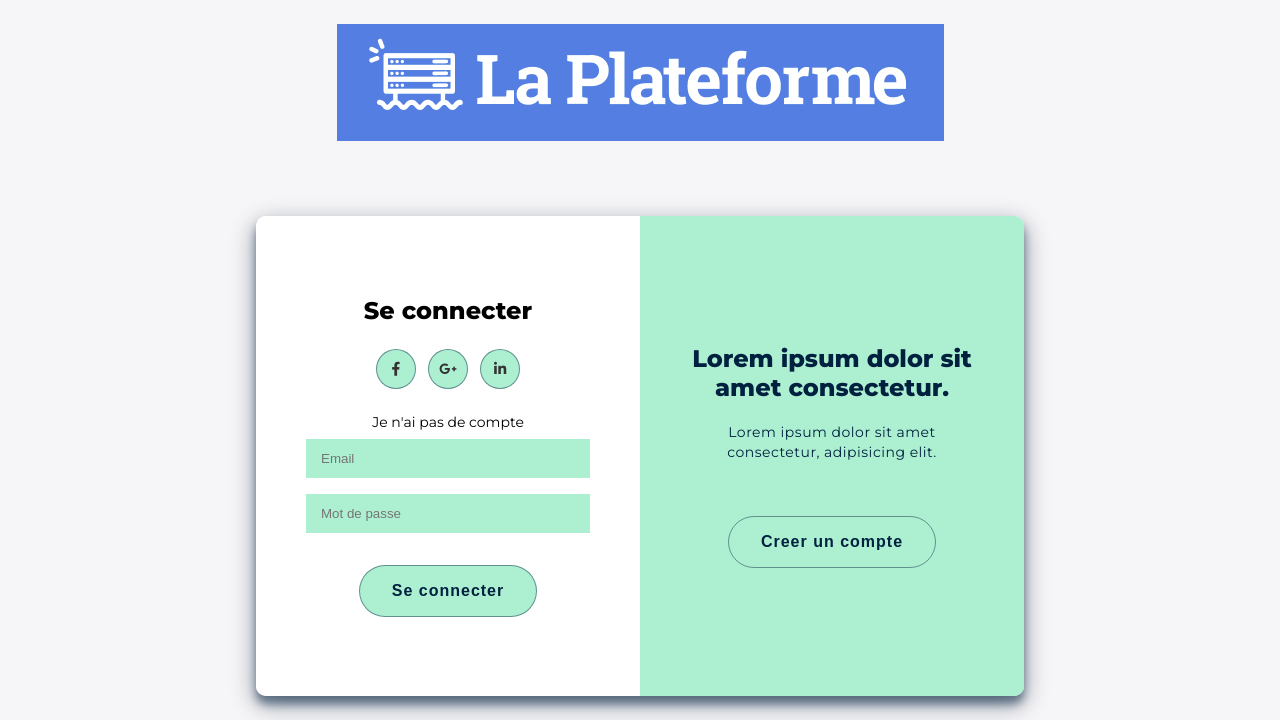
Repository: karim-sebih/runtrackJs
Page: bigjob/index.html
The author's editor kept a copy of each file at every save. The page is drawn from the files as they stood at one save, then again after a run of saves.
The browser window is 1280 px wide. The pictures show the whole page.
Some web libraries are served in a nearby version.

Above is the page before, as saved 2025-03-20 11:53:52.
Console error: TypeError: Cannot read properties of null (reading 'addEventListener')

After the next 4 saves:
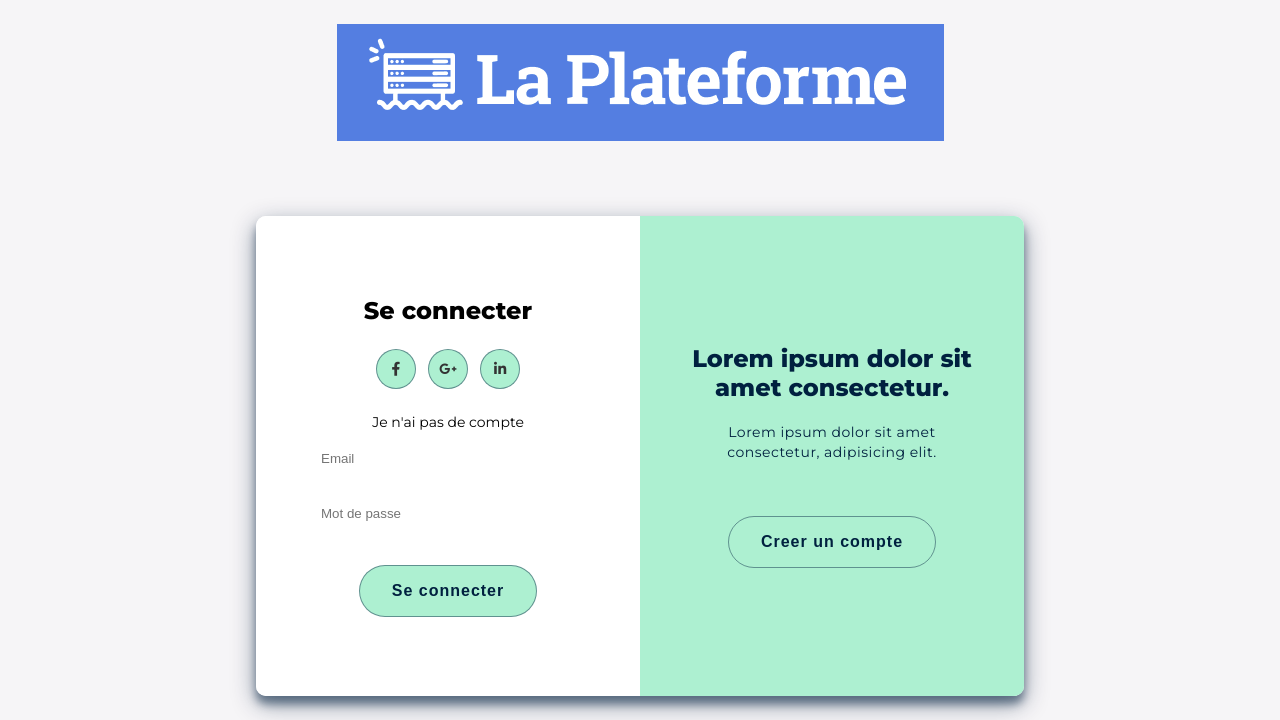
The 4 saves are shown as one change because they came seconds apart.
The last was saved 15 s later.
--- a/bigjob/css/index.css
+++ b/bigjob/css/index.css
@@ -91,7 +91,7 @@ form {
 }
 
 input {
-	background-color: #adf0d1;
+	background-color: #0§8;
 	border: none;
 	padding: 12px 15px;
 	margin: 8px 0;
